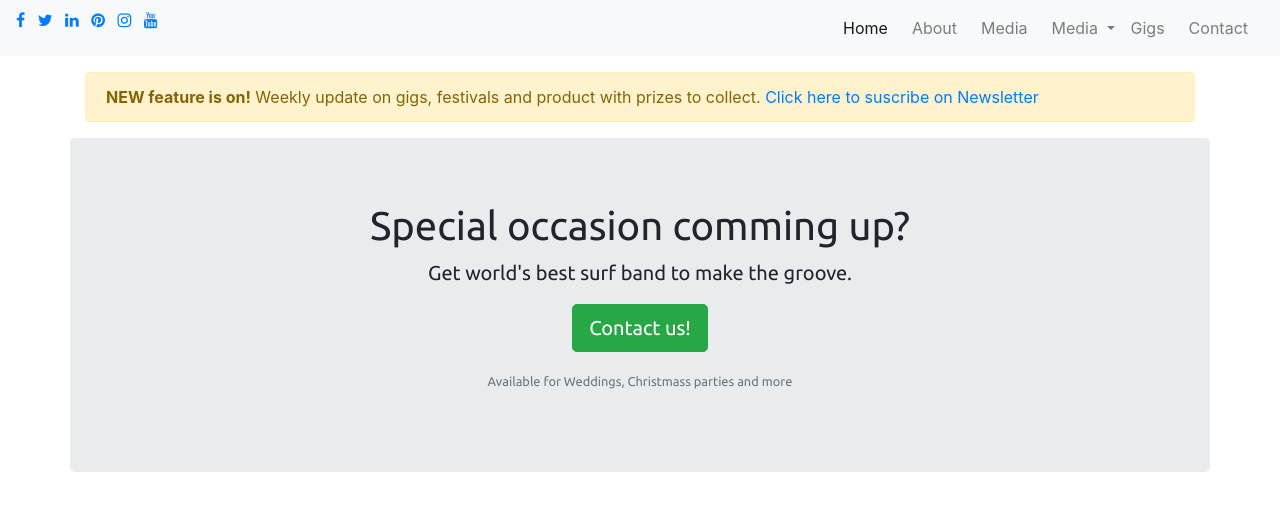
Repository: NamcorStudent/Stream_1_Project_HTML5-CSS3
Page: index.html
The author's editor kept a record of every edit. The page is drawn from the files as they stood at one moment, then again after the next edit.
The browser window is 1280 px wide. The pictures show the whole page.
Some web libraries are served in a nearby version.

Above is the page before.

### index.html
<!DOCTYPE html>
<html lang="en">

<head>
    <meta charset="UTF-8">
    <meta name="viewport" content="width=device-width, initial-scale=1.0">
    <meta http-equiv="X-UA-Compatible" content="ie=edge">
    <link rel="stylesheet" href="https://maxcdn.bootstrapcdn.com/bootstrap/4.2.1/css/bootstrap.min.css" type="text/css" />
    <link rel="stylesheet" href="https://maxcdn.bootstrapcdn.com/font-awesome/4.7.0/css/font-awesome.min.css" type="text/css" />
    <link rel="stylesheet" href="assets/css/style.css" type="text/css" />
    <title>The Bambi Molesters | Official</title>
</head>

<body>
    <header>
        <!--Nav-->
        <nav class="navbar navbar-light navbar-expand-sm bg-light">
            <div class="social-links mr-auto">
                <ul class="list-inline social-links">
                    <li class="list-inline-item">
                        <a target="_blank" href="#">
                            <i class="fa fa-facebook" aria-hidden="true"></i>
                            <span class="sr-only">Facebook</span>
                        </a>
                    </li>
                    <li class="list-inline-item">
                        <a target="_blank" href="#">
                            <i class="fa fa-twitter" aria-hidden="true"></i>
                            <span class="sr-only">Twitter</span>
                        </a>
                    </li>
                    <li class="list-inline-item">
                        <a target="_blank" href="#">
                            <i class="fa fa-linkedin" aria-hidden="true"></i>
                            <span class="sr-only">LinkedIn</span>
                        </a>
                    </li>
                    <li class="list-inline-item">
                        <a target="_blank" href="#">
                            <i class="fa fa-pinterest" aria-hidden="true"></i>
                            <span class="sr-only">Pinterest</span>
                        </a>
                    </li>
                    <li class="list-inline-item">
                        <a target="_blank" href="#">
                            <i class="fa fa-instagram" aria-hidden="true"></i>
                            <span class="sr-only">Instagram</span>
                        </a>
                    </li>
                    <li class="list-inline-item">
                        <a target="_blank" href="#">
                            <i class="fa fa-youtube" aria-hidden="true"></i>
                            <span class="sr-only">YouTube</span>
                        </a>
                    </li>
                </ul>
            </div>
            <button class="navbar-toggler" type="button" data-toggle="collapse" data-target="#navbarTogglerDropdown" aria-controls="navbarTogglerDemo02" aria-expanded="false" aria-label="Toggle navigation">
            <span class="navbar-toggler-icon"></span>
            </button>

            <div class="collapse navbar-collapse" id="navbarTogglerDropdown">
                <ul class="navbar-nav ml-auto">
                    <li class="active nav-item mr-2"><a class="nav-link" href="/">Home</a></li>
                    <li class="nav-item mr-2"><a class="nav-link" href="">About</a></li>
                    <li class="nav-item mr-2"><a class="nav-link" href="">Media</a></li>
                    <li class="nav-item dropdown">
                    <a class="nav-link dropdown-toggle" href="#" id="navbarDropdownMenuLink" role="button" data-toggle="dropdown" aria-haspopup="true" aria-expanded="false">
          Media
        </a>
                    <div class="dropdown-menu" aria-labelledby="navbarDropdownMenuLink">
                        <a class="dropdown-item" href="#">Irish</a>
                        <a class="dropdown-item" href="#">Scotch</a>
                        <a class="dropdown-item" href="#">Japanese</a>
                        <a class="dropdown-item" href="#">American</a>
                    </div>
                </li>
                    <li class="nav-item mr-2"><a class="nav-link" href="">Gigs</a></li>
                    <li class="nav-item mr-2"><a class="nav-link" href="">Contact</a></li>
                    <li class="nav-item mr-2 d-block d-sm-none"><a class="nav-link" href="">Suscribe!!!</a></li>
                </ul>
            </div>
        </nav>

    </header>
    <section class="container mt-3">
        <div class="row d-none d-sm-block">
            <div class="col-12">
                <div class="alert alert-warning">
                    <strong>NEW feature is on!</strong> Weekly update on gigs, festivals and product with prizes to collect. <a href="">Click here to suscribe on Newsletter</a>
                </div>
            </div>
        </div>
        <!-- Callout -->
        <div class="row">
            <section class=" col-12 callout jumbotron text-center">
                <h1>Special occasion comming up?</h1>
                <p class="lead">Get world's best surf band to make the groove.</p>
                <p><button class="btn btn-lg btn-success">Contact us!</button></p>
                <p class="text-muted"><small>Available for Weddings, Christmass parties and more</small></p>
            </section>
        </div>
        <!-- /.callout -->

    </section>

 <script src="https://code.jquery.com/jquery-3.3.1.slim.min.js" integrity="sha384-q8i/X+965DzO0rT7abK41JStQIAqVgRVzpbzo5smXKp4YfRvH+8abtTE1Pi6jizo" crossorigin="anonymous"></script>
    <script src="https://cdnjs.cloudflare.com/ajax/libs/popper.js/1.14.7/umd/popper.min.js" integrity="sha384-UO2eT0CpHqdSJQ6hJty5KVphtPhzWj9WO1clHTMGa3JDZwrnQq4sF86dIHNDz0W1" crossorigin="anonymous"></script>
    <script src="https://stackpath.bootstrapcdn.com/bootstrap/4.3.1/js/bootstrap.min.js" integrity="sha384-JjSmVgyd0p3pXB1rRibZUAYoIIy6OrQ6VrjIEaFf/nJGzIxFDsf4x0xIM+B07jRM" crossorigin="anonymous"></script>
</body>

</html>

### assets/css/style.css
@import url('https://fonts.googleapis.com/css?family=Oswald|Ubuntu&display=swap');

.jumbotron{
    font-family: "Ubuntu", sans-serif;
    font-weight: 900;
}

After the next edit:
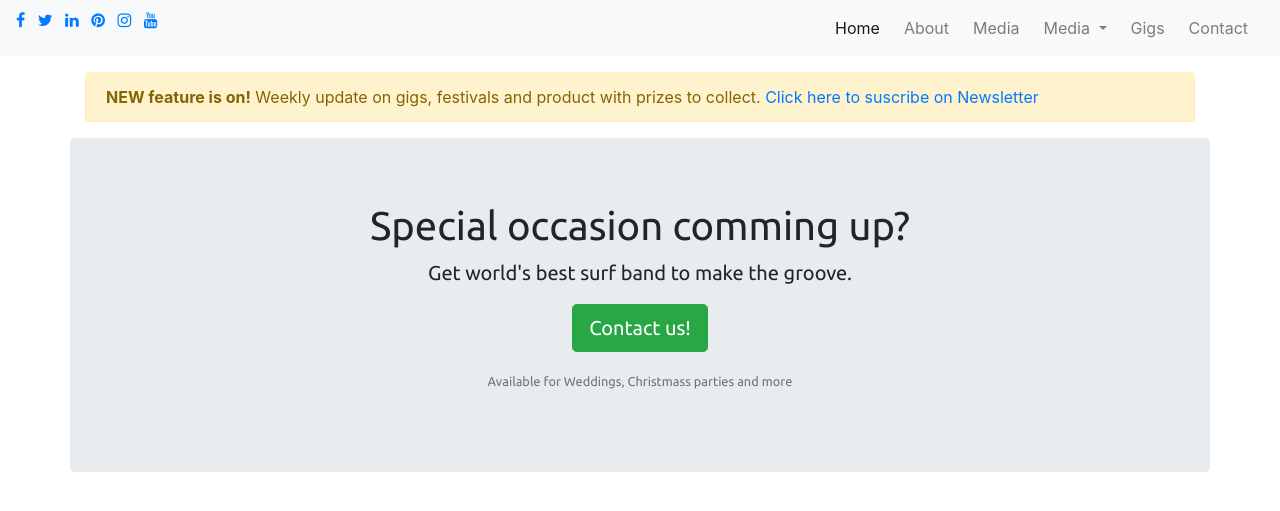
The edit:
--- a/index.html
+++ b/index.html
@@ -64,7 +64,7 @@
                     <li class="active nav-item mr-2"><a class="nav-link" href="/">Home</a></li>
                     <li class="nav-item mr-2"><a class="nav-link" href="">About</a></li>
                     <li class="nav-item mr-2"><a class="nav-link" href="">Media</a></li>
-                    <li class="nav-item dropdown">
+                    <li class="nav-item dropdown mr-2">
                     <a class="nav-link dropdown-toggle" href="#" id="navbarDropdownMenuLink" role="button" data-toggle="dropdown" aria-haspopup="true" aria-expanded="false">
           Media
         </a>
